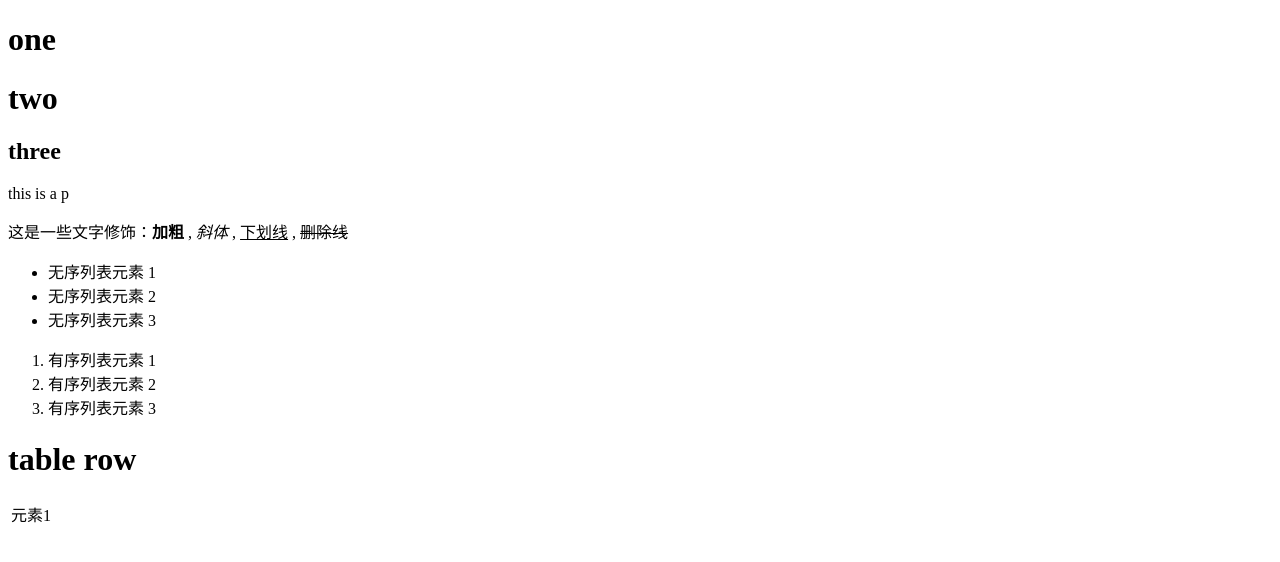
Repository: supercubes/Web
Page: first.html
An editor plug-in stored every save of this project. The page is shown before and after a run of saves, followed by the edit.
The browser window is 1280 px wide. The pictures show the whole page.

Above is the page before, as saved 2025-03-21 20:17:23.

After the next 3 saves:
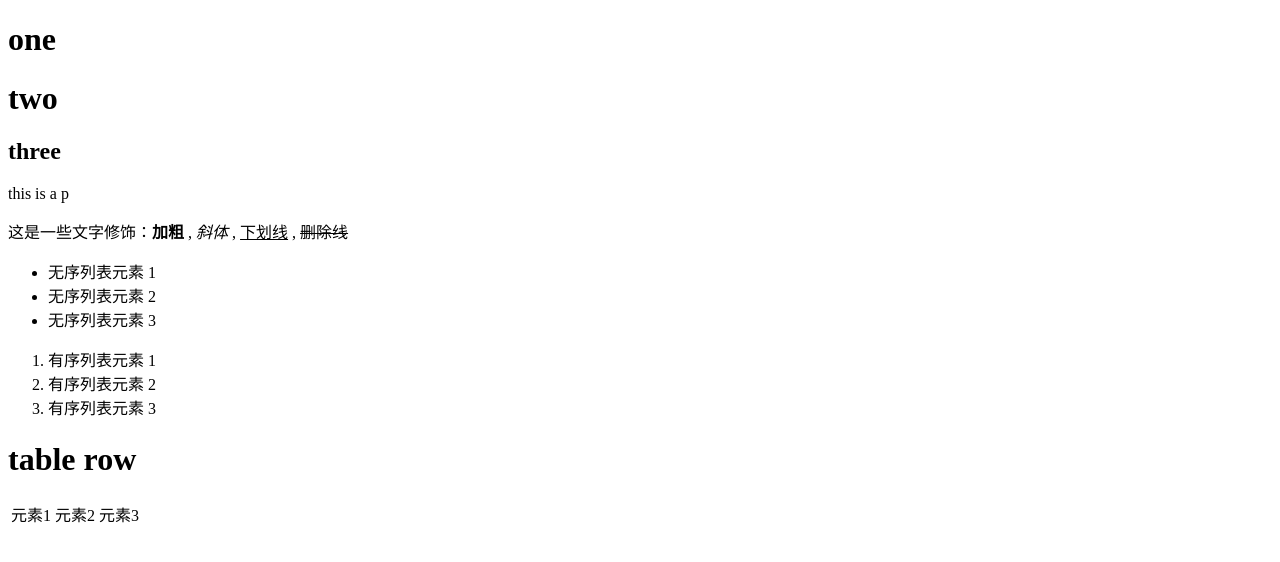
The 3 saves are shown as one change because they came seconds apart.
The last was saved 10 s later.
--- a/first.html
+++ b/first.html
@@ -28,7 +28,8 @@
 <table>
     <tr>
         <td>元素1</td>
-
+        <td>元素2</td>
+        <td>元素3</td>
     </tr>
 </table>
 
